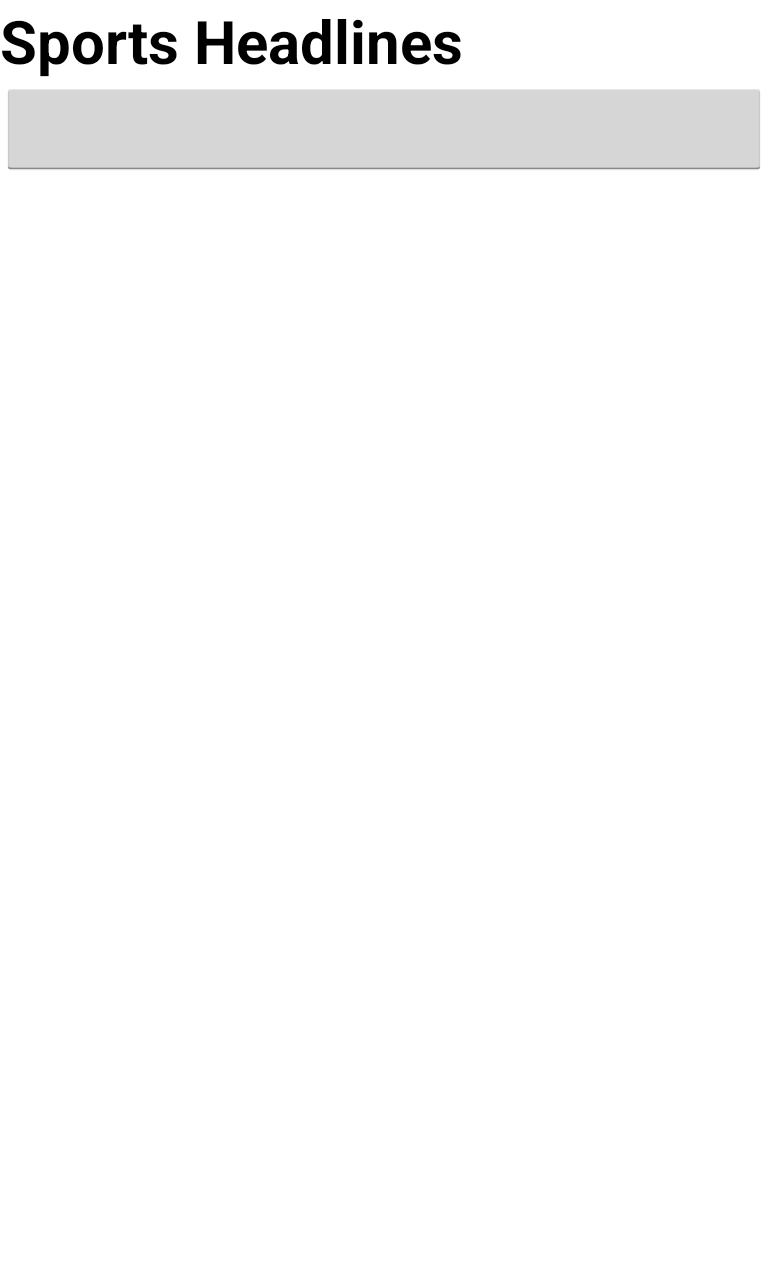
Repository: jbentley313/java2_Bentley2
Layout: sportsHeadlines/res/layout/activity_main.xml
These files come from the project's save history. The layout is drawn as it stood at one moment and after the next save; the edit follows.
It is drawn on a 768 x 1280 px phone screen (xhdpi) without system bars, with theme AppTheme; the app's code is not run.

Above is the layout before, as saved 2014-01-08 00:54:29.

After the next save:
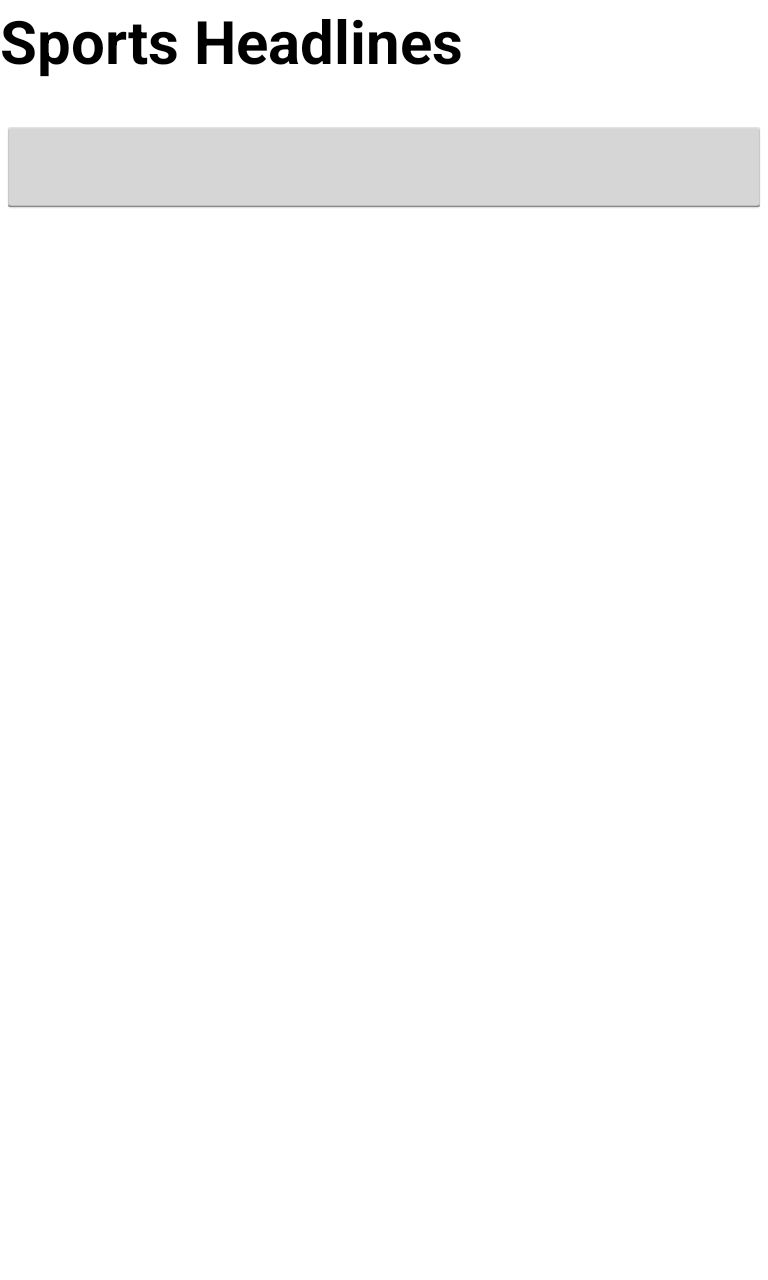
Saved 77 s later.
--- a/sportsHeadlines/res/layout/activity_main.xml
+++ b/sportsHeadlines/res/layout/activity_main.xml
@@ -6,15 +6,19 @@
 
     <TextView
         android:id="@+id/titleTextView"
+        style="@style/TitleStyle"
         android:layout_width="match_parent"
         android:layout_height="wrap_content"
-        android:text="@string/sports_headlines"
-        style="@style/TitleStyle"/>
+        android:text="@string/sports_headlines" />
+
+    <TextView
+        android:id="@+id/resultTextView"
+        android:layout_width="match_parent"
+        android:layout_height="wrap_content" />
 
     <Button
         android:id="@+id/firstButton"
         android:layout_width="fill_parent"
-        android:layout_height="wrap_content"
-        />
+        android:layout_height="wrap_content" />
 
 </LinearLayout>
